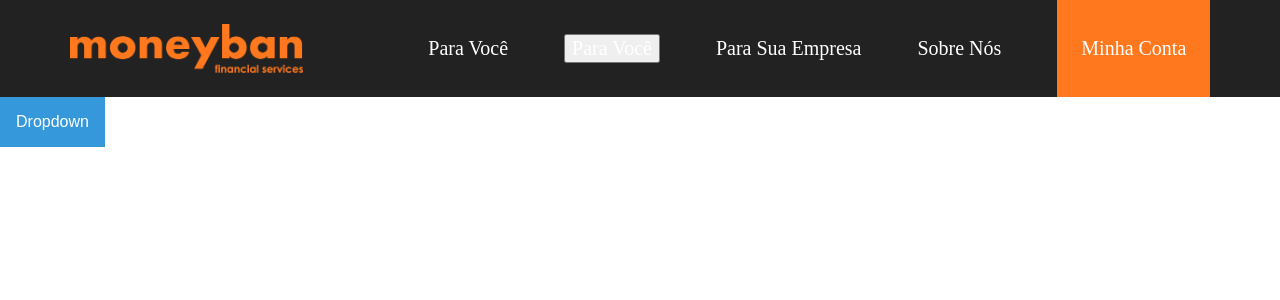
Repository: IvanCardoso91/moneyban
Page: index.html
An editor plug-in stored every save of this project. The page is shown before and after the next save, followed by the edit.
The browser window is 1280 px wide. The pictures show the whole page.
Some icons come from a web library that is not loaded, so they are not drawn. Some web fonts or font styles are not loaded; a fallback is used.

Above is the page before, as saved 2020-12-13 21:16:17.

After the next save:
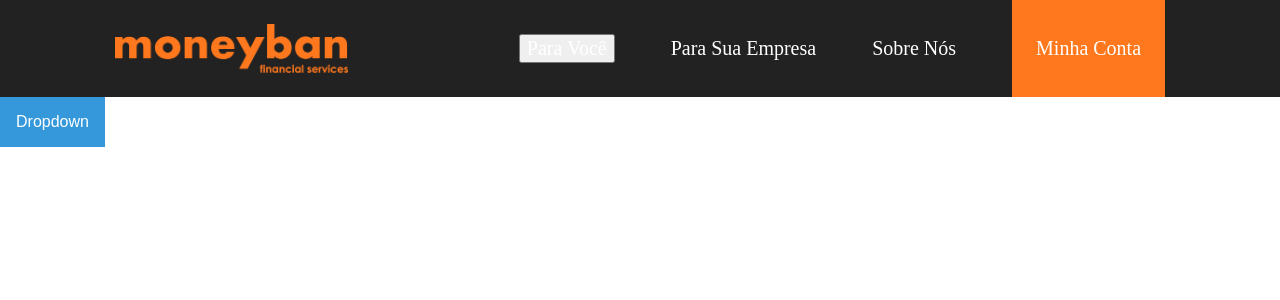
Saved 10 s later.
--- a/index.html
+++ b/index.html
@@ -12,8 +12,7 @@
             <img src="./assets/img/moneyban 3.png" alt="moneyban" width="233" height="49" />
         </div>
         <div class="menu-options">
-            <span class="menu-options-text"><a>Para Você <i class="fas fa-chevron-down"></i></a></span>
-            <button onclick="myFunction()" class="menu-options-text">Para Você</button>
+            <button onclick="myFunction()" class="menu-options-text">Para Você <i class="fas fa-chevron-down"></i></button>
 
             <span class="menu-options-text"><a>Para Sua Empresa <i class="fas fa-chevron-down"></i></a></span>
             <span class="menu-options-text"><a>Sobre Nós</a></span>
